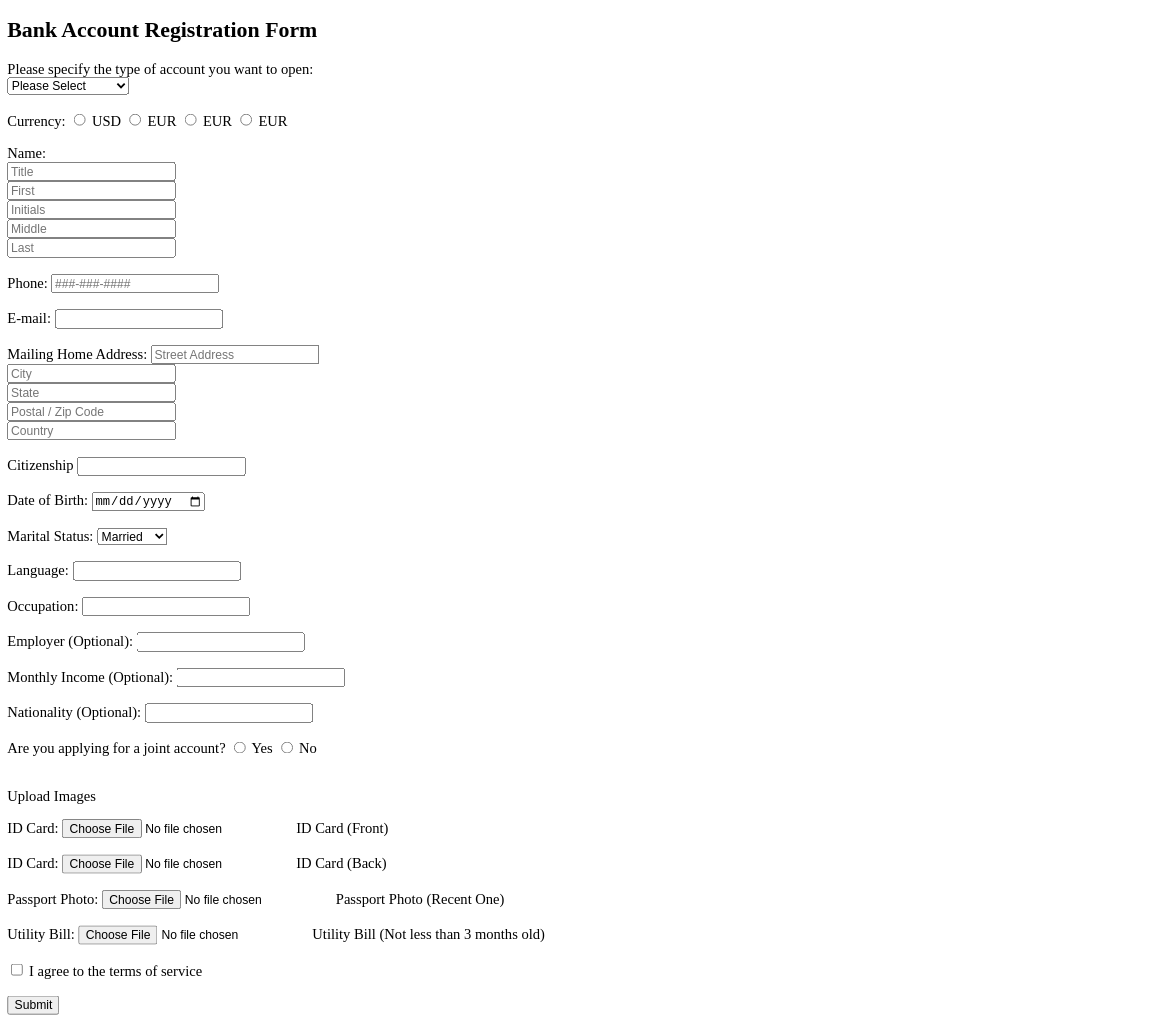
Repository: hizeetech/First-Assignment
Page: sign_up.html
An editor plug-in stored every save of this project. The page is shown before and after the next save, followed by the edit.
The browser window is 1280 px wide. The pictures show the whole page, at 91% of full size.

Above is the page before, as saved 2024-11-09 02:48:23.

### sign_up.html
<!DOCTYPE html>
<html lang="en">
<head>
    <meta charset="UTF-8">
    <meta name="viewport" content="width=device-width, initial-scale=1.0">
    <title>Bank Account Registration Form</title>

</head>
<body>

<div>
    <h2>Bank Account Registration Form</h2>
    <form action="#" method="post">

        <div>
            <label for="account-type">Please specify the type of account you want to open:</label><br>
            <select id="account-type" name="account_type" required>
                <option value="">Please Select</option>
                <option value="savings">Savings Account</option>
                <option value="current">Current Account</option>
                <option value="corporate">Corporate Account</option>
            </select>
        </div>
        <br>
        <div>
            <label>Currency:</label>
            <label><input type="radio" name="currency" value="NGN" required> USD</label>
            <label><input type="radio" name="currency" value="USD"> EUR</label>
            <label><input type="radio" name="currency" value="EUR"> EUR</label>
            <label><input type="radio" name="currency" value="POUNDS"> EUR</label>
        </div>
        <br>
        <div>
            <label for="title">Name:</label>
            <div class="inline"><input type="text" id="title" name="title" placeholder="Title"></div>
            <div class="inline"><input type="text" name="first_name" placeholder="First" required></div>
            <div class="inline"><input type="text" name="initials" placeholder="Initials"></div>
            <div class="inline"><input type="text" name="middle_name" placeholder="Middle"></div>
            <input type="text" name="last_name" placeholder="Last" required>
        </div>
        <br>
        <div>
            <label for="phone">Phone:</label>
            <input type="tel" id="phone" name="phone" placeholder="###-###-####" required>
        </div>
        <br>
        <div>
            <label for="email">E-mail:</label>
            <input type="email" id="email" name="email" required>
        </div>
        <br>
        <div>
            <label for="address">Mailing Home Address:</label>
            <input type="text" id="address" name="address" placeholder="Street Address" required>
            <div class="inline"><input type="text" name="city" placeholder="City" required></div>
            <div class="inline"><input type="text" name="state" placeholder="State" required></div>
            <div class="inline"><input type="text" name="postal_code" placeholder="Postal / Zip Code" required></div>
            <input type="text" name="country" placeholder="Country" required>
        </div>
        <br>
        <div>
            <label for="citizenship">Citizenship</label>
            <input type="citizenship" id="citizenship" name="citizenship" required>
        </div>
        <br>
        <div>
            <label for="dob">Date of Birth:</label>
            <input type="date" id="dob" name="dob" required>
        </div>
        <br>
        <div>
            <label for="marital-status">Marital Status:</label>
            <select id="marital-status" name="marital_status" required>
                <option value="married">Married</option>
                <option value="single">Single</option>
                <option value="divorced">Divorced</option>
                <option value="widowed">Widowed</option>
            </select>
        </div>
        <br>
        <div>
            <label for="language">Language:</label>
            <input type="text" id="language" name="language" required>
        </div>
        <br>
        <div>
            <label for="occupation">Occupation:</label>
            <input type="text" id="occupation" name="occupation" required>
        </div>
        <br>
        <div>
            <label for="employer">Employer (Optional):</label>
            <input type="text" id="employer" name="employer">
        </div>
        <br>
        <div>
            <label for="income">Monthly Income (Optional):</label>
            <input type="text" id="income" name="monthly_income">
        </div>
        <br>
        <div>
            <label for="nationality">Nationality (Optional):</label>
            <input type="text" id="nationality" name="nationality">
        </div>
        <br>
        <div>
            <label>Are you applying for a joint account?</label>
            <label><input type="radio" name="joint_account" value="yes"> Yes</label>
            <label><input type="radio" name="joint_account" value="no"> No</label>
        </div>
        <br>
        <div>
            <p>Upload Images</p>
            <label for="id_card">ID Card:</label>
            <input type="file" accept="image/png, image/jpg, image/jpeg, image/webp, image/gif">
            <label for="id-card">ID Card (Front)</label><br><br>
            <label for="id_card">ID Card:</label>
            <input type="file" accept="image/png, image/jpg, image/jpeg, image/webp, image/gif">
            <label for="id-card">ID Card (Back)</label><br><br>
            <label for="passportPhoto">Passport Photo:</label>
            <input type="file" accept="image/png, image/jpg, image/jpeg, image/webp, image/gif">
            <label for="id-card">Passport Photo (Recent One)</label><br><br>
            <label for="utility_bill">Utility Bill:</label>
            <input type="file" accept="image/png, image/jpg, image/jpeg, image/webp, image/gif">
            <label for="id-card">Utility Bill (Not less than 3 months old)</label>
        </div>
        <br>
        <div>
            <input type="checkbox" id="terms" name="terms" required>
            <label for="terms">I agree to the terms of service</a></label>
        </div>
        <br>
        <button type="submit" class="submit-btn">Submit</button>
    </form>
</div>

</body>
</html>

After the next save:
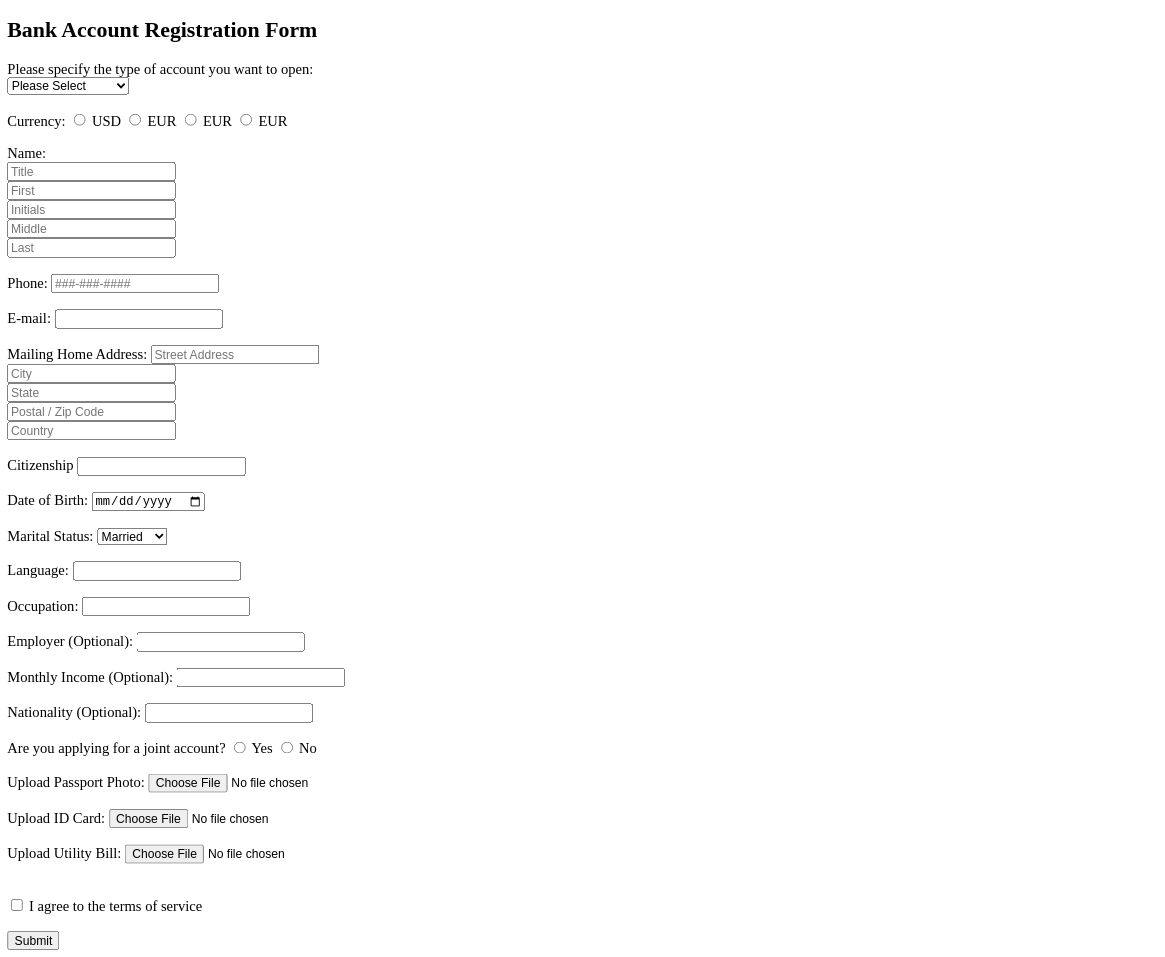
Saved 3 min 35 s later.
--- a/sign_up.html
+++ b/sign_up.html
@@ -110,19 +110,14 @@
         </div>
         <br>
         <div>
-            <p>Upload Images</p>
-            <label for="id_card">ID Card:</label>
-            <input type="file" accept="image/png, image/jpg, image/jpeg, image/webp, image/gif">
-            <label for="id-card">ID Card (Front)</label><br><br>
-            <label for="id_card">ID Card:</label>
-            <input type="file" accept="image/png, image/jpg, image/jpeg, image/webp, image/gif">
-            <label for="id-card">ID Card (Back)</label><br><br>
-            <label for="passportPhoto">Passport Photo:</label>
-            <input type="file" accept="image/png, image/jpg, image/jpeg, image/webp, image/gif">
-            <label for="id-card">Passport Photo (Recent One)</label><br><br>
-            <label for="utility_bill">Utility Bill:</label>
-            <input type="file" accept="image/png, image/jpg, image/jpeg, image/webp, image/gif">
-            <label for="id-card">Utility Bill (Not less than 3 months old)</label>
+            <label for="passportPhoto">Upload Passport Photo:</label>
+            <input type="file" id="passportPhoto" name="passportPhoto" accept="image/*" required><br><br>
+
+            <label for="idCard">Upload ID Card:</label>
+            <input type="file" id="idCard" name="idCard" accept="image/*" required><br><br>
+
+            <label for="utilityBill">Upload Utility Bill:</label>
+            <input type="file" id="utilityBill" name="utilityBill" accept="image/*" required><br><br>
         </div>
         <br>
         <div>
